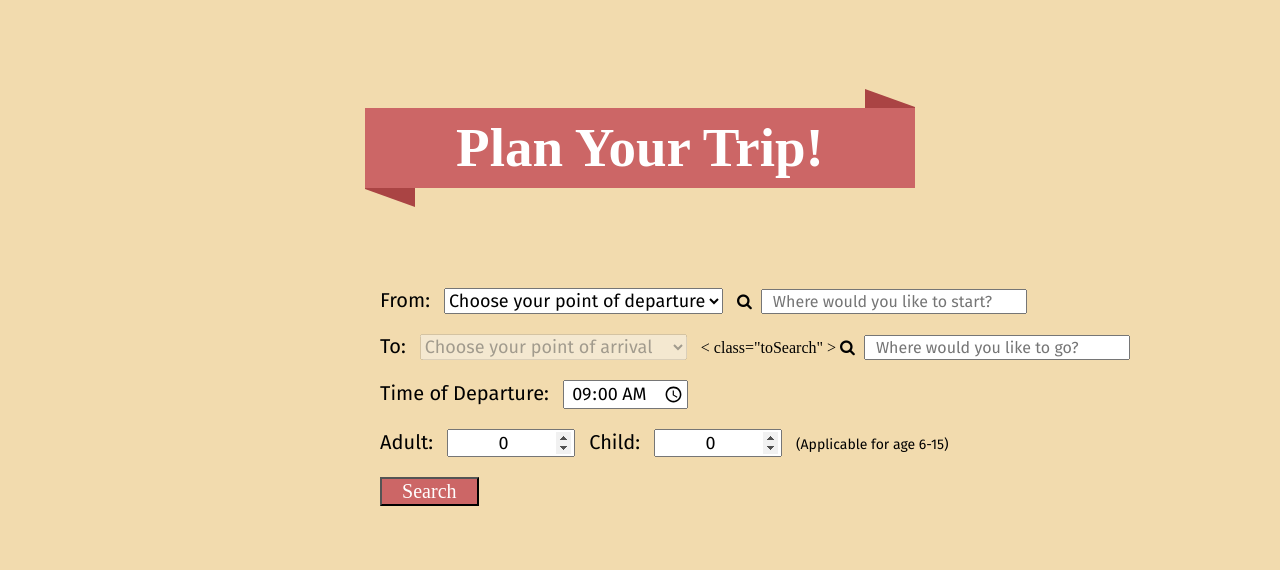
Repository: bbh0607/bae_dNation
Page: public/index.html
The author's editor kept a copy of each file at every save. The page is drawn from the files as they stood at one save, then again after the next save.
The browser window is 1280 px wide. The pictures show the whole page.
Some web fonts or font styles are not loaded; a fallback is used.

Above is the page before, as saved 2020-02-01 15:58:41.

After the next save:
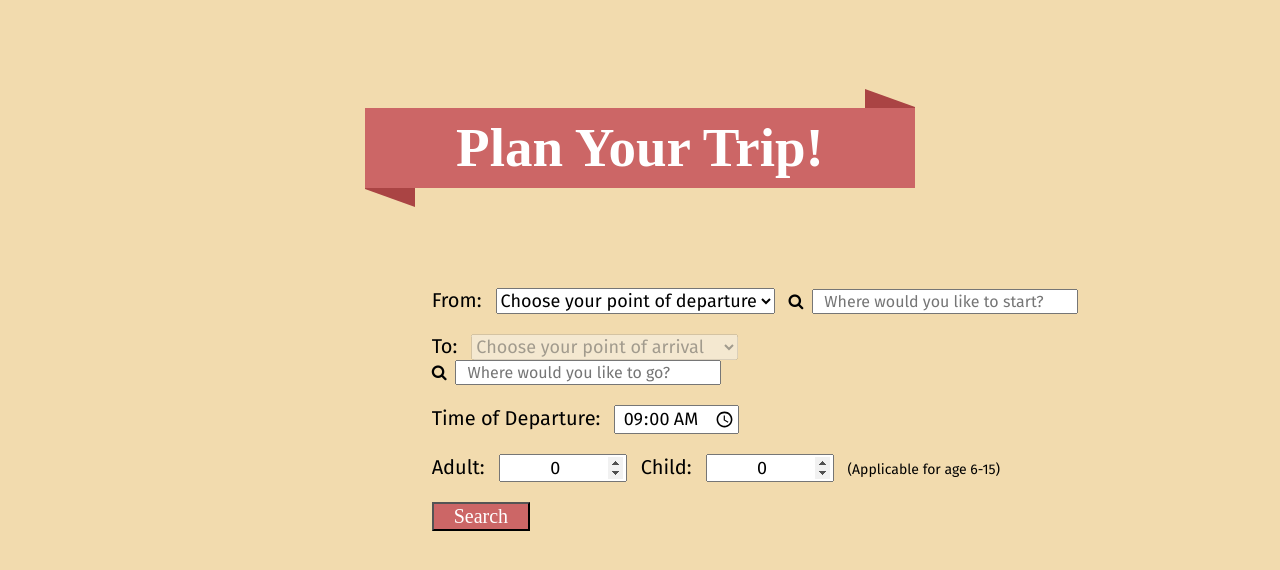
Saved 4 s later.
--- a/public/index.html
+++ b/public/index.html
@@ -35,7 +35,7 @@
             <option value="SENTRAL">KL Sentral</option>
             <option value="OTHER">Other..</option>
           </select>
-          < class="toSearch" >
+          <div class="toSearch" >
             <i class="fa fa-search icon"></i>
             <input type="text" name="search" placeholder="Where would you like to go?">
           </div>
